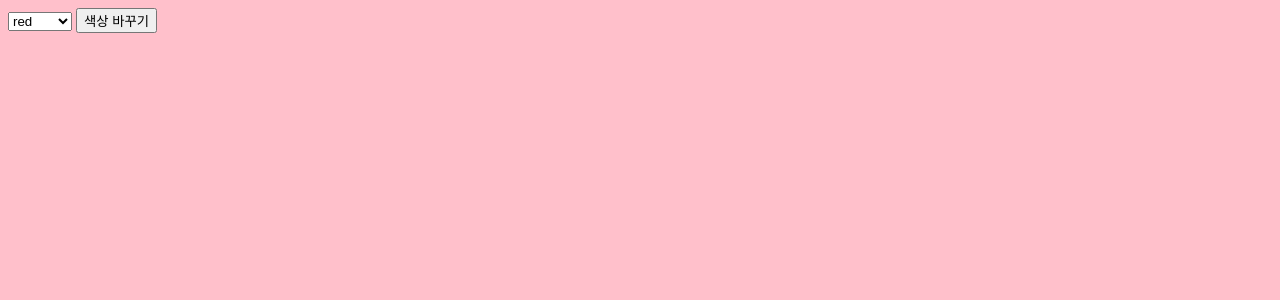
Repository: ABCchocolate/JSP_yooshin
Page: http://localhost/BoardApp/color/main.jsp
These files come from the project's save history. The page is drawn as it stood at one moment and after the next save; the edit follows.
The browser window is 1280 px wide. The pictures show the whole page.
The page is served by Tomcat 9. Other server files are loaded and not shown.

Above is the page before, as saved 2025-07-02 05:42:02.

### BoardApp/src/main/webapp/color/main.jsp
<%@ page contentType="text/html; charset=UTF-8"%>

<!DOCTYPE html>
<html>
<head>
<script
	src="https://ajax.googleapis.com/ajax/libs/jquery/3.7.1/jquery.min.js"></script>
	<srcipt type = "text/javascript">
	</srcipt>
<meta charset="UTF-8">
<title>Insert title here</title>
</head>
<body bgcolor = "pink">
	<select>
		<option>red</option>
		<option>orange</option>
		<option>green</option>
		<option>blue</option>
	</select>

	<button>색상 바꾸기</button>
</body>
</html>

After the next save:
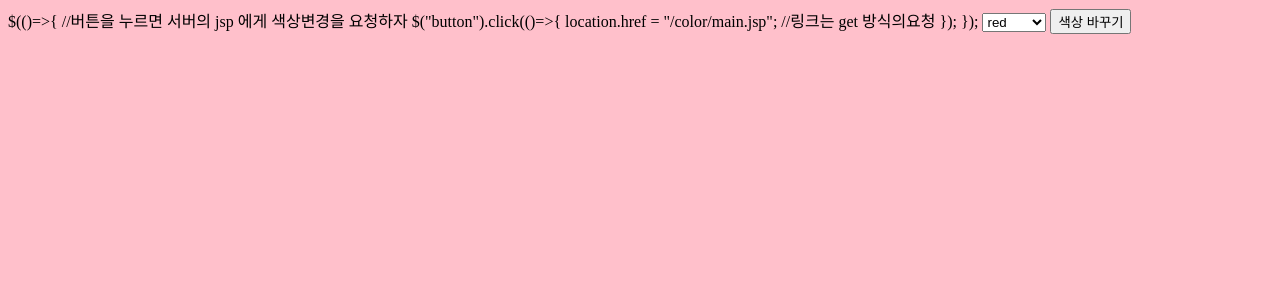
Saved 2 min 17 s later.
--- a/BoardApp/src/main/webapp/color/main.jsp
+++ b/BoardApp/src/main/webapp/color/main.jsp
@@ -6,6 +6,12 @@
 <script
 	src="https://ajax.googleapis.com/ajax/libs/jquery/3.7.1/jquery.min.js"></script>
 	<srcipt type = "text/javascript">
+		$(()=>{
+			//버튼을 누르면 서버의 jsp 에게 색상변경을 요청하자
+			$("button").click(()=>{
+				location.href = "/color/main.jsp"; //링크는 get 방식의요청
+			});
+		});
 	</srcipt>
 <meta charset="UTF-8">
 <title>Insert title here</title>
